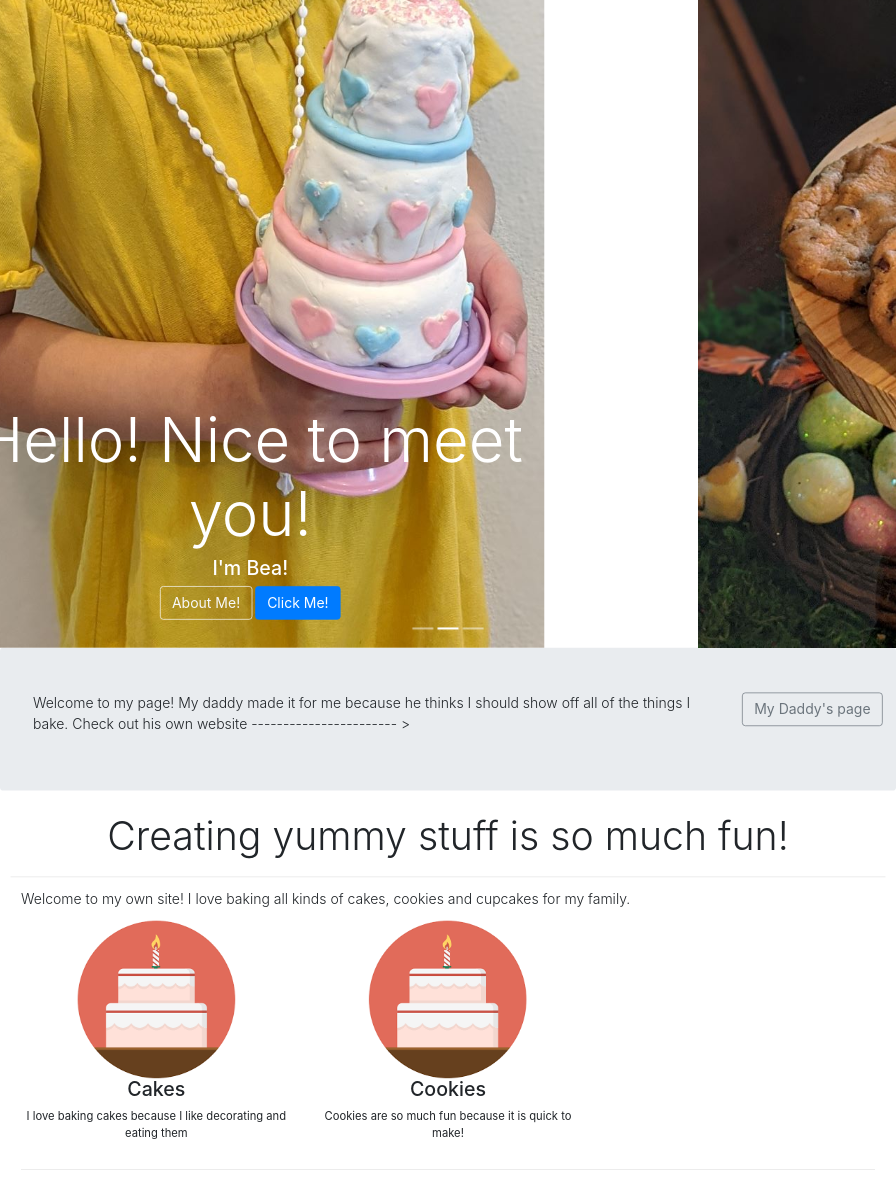
Repository: djzaragoza/Bea-Creation
Page: index.html
These files come from the project's save history. The page is drawn as it stood at one moment and after the next save; the edit follows.
The browser window is 1280 px wide. The pictures show the part of the page from y = 1016 to 2936 px (the page is 2711 px tall), at 70% of full size.
Some web libraries are served in a nearby version.

Above is the page before, as saved 2020-04-07 12:36:32.

### index.html
<!DOCTYPE html>
<html lang="en">
<head>
    <meta charset="utf-8">
    <meta name="viewport" content="width=device-width, initial-scale=1">
    <title>Bea's Creation</title>
    <link rel="stylesheet" href="https://maxcdn.bootstrapcdn.com/bootstrap/4.0.0/css/bootstrap.min.css">
    <script src="https://ajax.googleapis.com/ajax/libs/jquery/3.3.1/jquery.min.js"></script>
    <script src="https://cdnjs.cloudflare.com/ajax/libs/popper.js/1.12.9/umd/popper.min.js"></script>
    <script src="https://maxcdn.bootstrapcdn.com/bootstrap/4.0.0/js/bootstrap.min.js"></script>
    <script src="https://use.fontawesome.com/releases/v5.0.8/js/all.js"></script>
    <link rel="style.css" rel="stylesheet">
</head>
<body>

<!-- navigation -->
<nav class="navbar navbar-expand-md navbar-light bg-light sticky-top">
<div class="container-fluid">
    <a class="navbar-brand" href="#"><img src=""></a>
    <button class="navbar-toggler" type="button" data-toggle="collapse" data-target="#navbarResponsive">
        <span class="navbar-toggler-icon"></span>
    </button>
    <div class="collapse navbar-collapse" id="navbarResponsive">
        <ul class="navbar-nav ml-auto">
            <li class="nav-item active">
                <a class="nav-link" href="#">Home</a>
            </li>
            <li class="nav-item">
                <a class="nav-link" href="#">Cakes</a>
            </li>
            <li class="nav-item">
                <a class="nav-link" href="#">Cupcakes</a>
            </li>
            <li class="nav-item">
                <a class="nav-link" href="#">Cookies</a>
            </li>
        </ul>
    </div>

</div>


</nav>


<!-- image slider -->
<div id="slides" class="carousel slide" data-ride="carousel">
    <ul class="carousel-indicators">
        <li data-target="#slides" data-slide-to="0" class="active"></li>
        <li data-target="#slides" data-slide-to="1">
        <li data-target="#slides" data-slide-to="2">
    </ul>
    <div class="carousel-inner">
        <div class="carousel-item active">
            <img src="img/bea_cover_photo.jpg">
            <div class="carousel-caption">
                <h1 class="display-2">Hello! Nice to meet you!</h1>
                <h3>I'm Bea!</h3>
                <button type="button" class="btn btn-outline-light btn-lg">About Me!</button>
                <button type="button" class="btn btn-primary btn-lg">Click Me!</button>
            </div>
        </div>
        <div class="carousel-item">
            <img src="img/bea_home_cookies.jpg">
        </div>
        <div class="carousel-item">
            <img src="img/bea_home_cupcakes.jpg">
        </div>
    </div>
</div>


<!-- jumbotron -->
<div class="container-fluid">
    <div class="row jumbotron">
        <div class="column-xs-12 col-sm-12 col-md-9 col-lg-9 col-xl-10">
            <p class="lead">Welcome to my page!  My daddy made it for me because he thinks I should show off all of the things I bake.  Check out his own website      ----------------------- > </p>
        </div>
        <div class="col-xs-12 col-sm-12 col-md-3 col-lg-3 col-xl-2">
            <a href="https://www.djzaragoza.dev" target="_blank"><button type="button" class="btn btn-outline-secondary btn-lg">My Daddy's page</button></a>
        </div>

    </div>
</div>

<!-- welcome section -->

<div class="container-fluid padding">
<div class="row welcome text-center">
    <div class="col-12">
        <h1 class="display-4">Creating yummy stuff is so much fun!</div>
    </div>
    <hr>
    <div class="col-12">
        <p class="lead">Welcome to my own site!  I love baking all kinds of cakes, cookies and cupcakes for my family.</p>
    </div>
<div>
</div>

<!-- three column section -->
<div class="container-fluid padding">
<div class="row text-center padding">
    <div class="col-xs-12 col-sm-6 col-md-4">
        <img src="img/cake_icon.png">
        <h3>Cakes</h3>
        <p>I love baking cakes because I like decorating and eating them</p>
    </div>
    <div class="col-xs-12 col-sm-6 col-md-4">
        <img src="img/cake_icon.png">
        <h3>Cookies</h3>
        <p>Cookies are so much fun because it is quick to make!</p>
    </div>
</div>
<hr class="my-4">
</div>

<!-- two column section -->

<!-- fixed background -->

<!-- emoji section -->

<!-- meet the team -->

<!-- cards -->

<!-- two column section -->







</body>



</html>

After the next save:
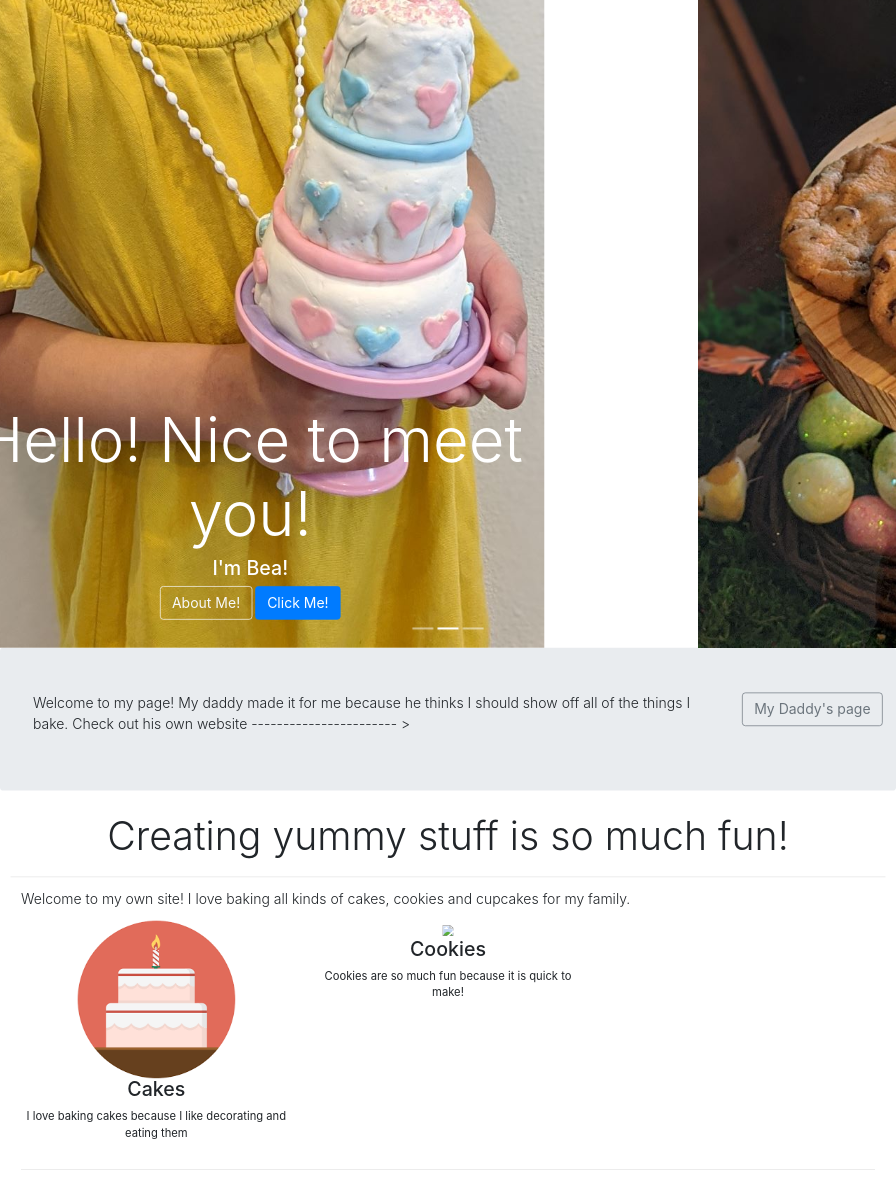
Not found: img/coo_icon.png
Saved 7 s later.
--- a/index.html
+++ b/index.html
@@ -106,7 +106,7 @@
         <p>I love baking cakes because I like decorating and eating them</p>
     </div>
     <div class="col-xs-12 col-sm-6 col-md-4">
-        <img src="img/cake_icon.png">
+        <img src="img/coo_icon.png">
         <h3>Cookies</h3>
         <p>Cookies are so much fun because it is quick to make!</p>
     </div>

After the 2 saves that followed:
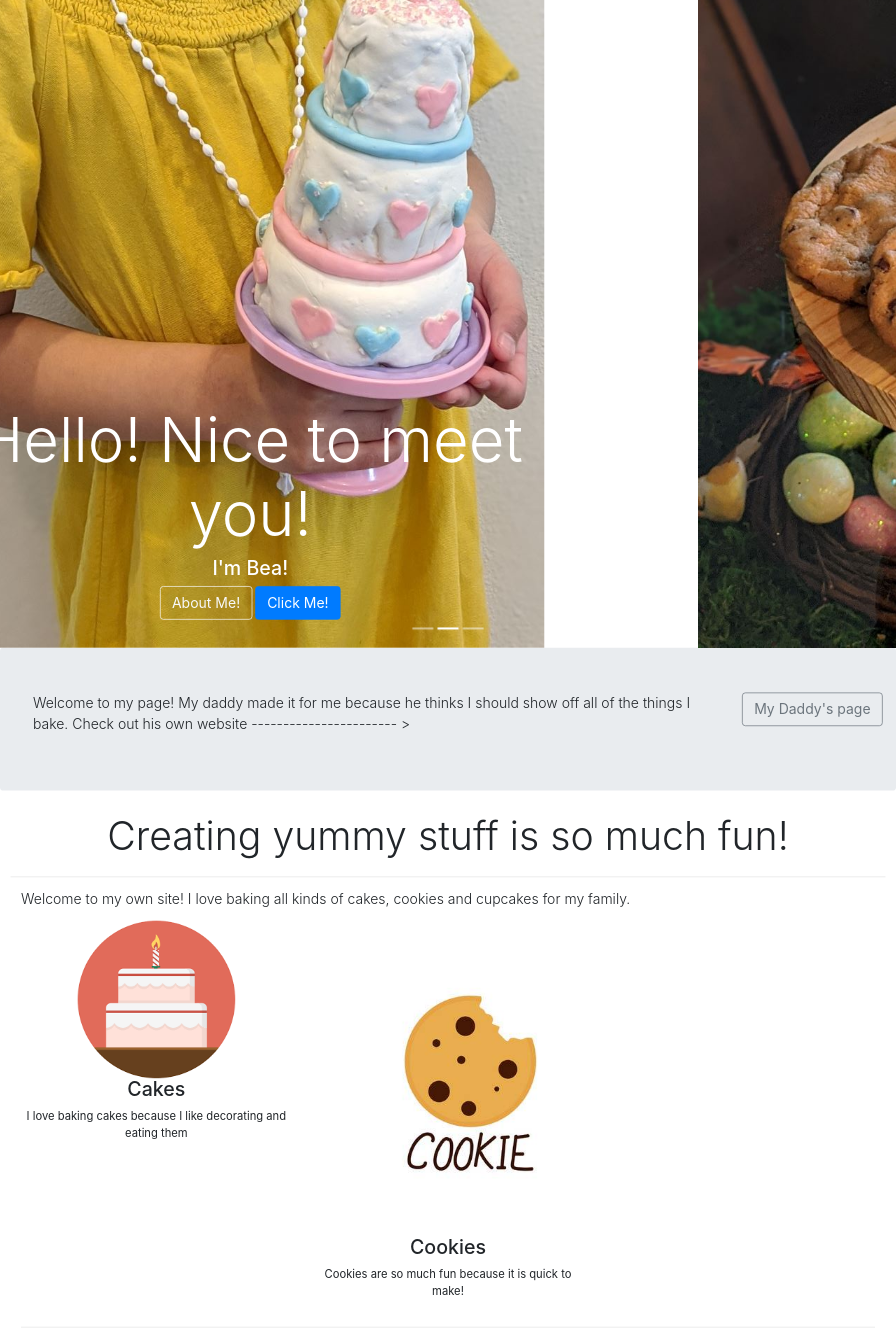
The 2 saves are shown as one change because they came seconds apart.
The last was saved 8 s later.
--- a/index.html
+++ b/index.html
@@ -106,7 +106,7 @@
         <p>I love baking cakes because I like decorating and eating them</p>
     </div>
     <div class="col-xs-12 col-sm-6 col-md-4">
-        <img src="img/coo_icon.png">
+        <img src="img/cookie_icon.jpg">
         <h3>Cookies</h3>
         <p>Cookies are so much fun because it is quick to make!</p>
     </div>
